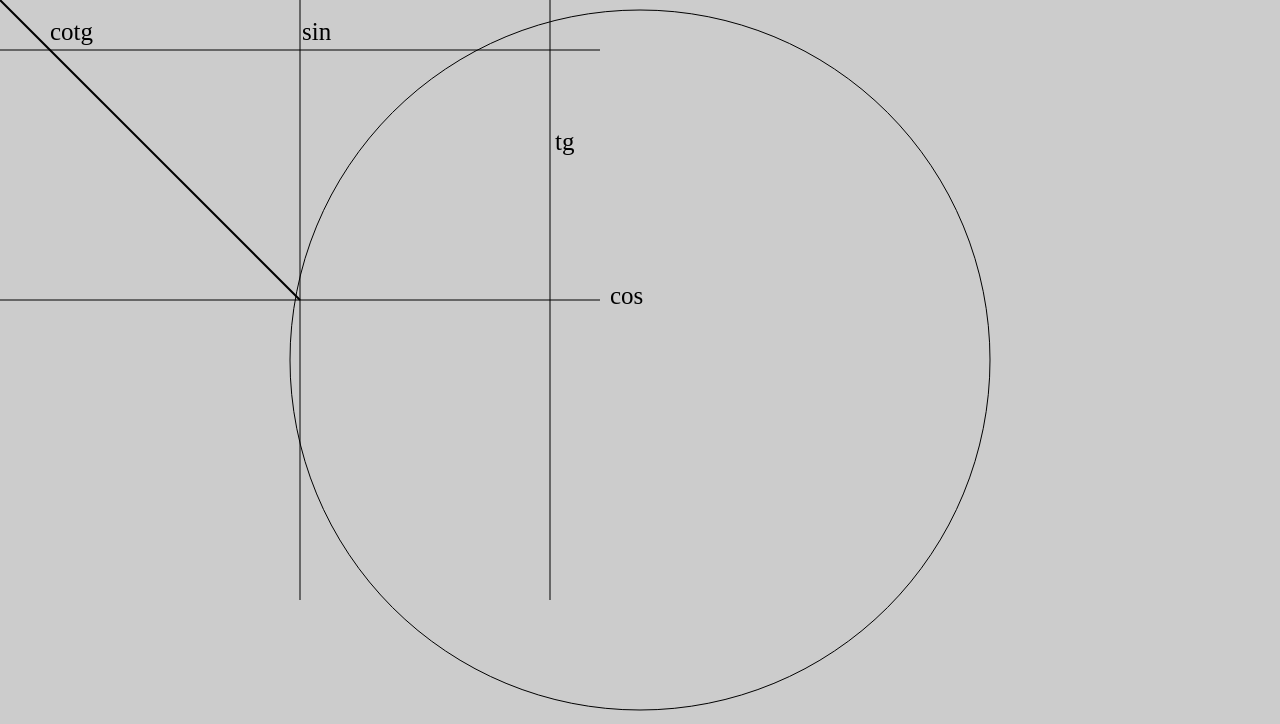
Repository: BraynStorm/braynstorm.github.io
Page: http://localhost/
An editor plug-in stored every save of this project. The page is shown before and after the next save, followed by the edit.
The browser window is 1280 px wide. The pictures show the whole page.
The page is run by PHP 8.4 with error messages shown; the project is at /var/www/html/.

Above is the page before, as saved 2015-02-24 18:19:26.

### JSDrawing/index.php
<!DOCTYPE html>
<html>
	<head>
		<meta charset="UTF-8">
		<title>Insert title here</title>
		<link rel="stylesheet" type="text/css" href="main.css"/>
		<script type="text/javascript" src="js/jquery-2.1.3.min.js"></script>
		<script type="text/javascript" src="js/swgDrawing.js"></script>

	</head>
	<body>
		<div id="content">
			<svg width="1000" height="1000">
				<circle id="mainCircle" cx="300" cy="300" r="250" fill="none" stroke="black" />
				<line x1="300" y1="0" x2="300" y2="600" style="stroke:rgb(0,0,0);stroke-width:1;" id="sinLine" />
				<line x1="0" y1="300" x2="600" y2="300" style="stroke:rgb(0,0,0);stroke-width:1;" id="cosLine" />

				<line x1="550" y1="0" x2="550" y2="600" style="stroke:rgb(0,0,0);stroke-width:1;" id="tgLine" />
				<line x1="0" y1="50" x2="600" y2="50" style="stroke:rgb(0,0,0);stroke-width:1;" id="cotgLine" />

				<text x="610" y="304" style="font-size:25px;">cos</text>
				<text x="302" y="40" style="font-size:25px;">sin</text>
				<text x="555" y="150" style="font-size:25px;">tg</text>
				<text x="50" y="40" style="font-size:25px;">cotg</text>


				<!--  THE ANGLE -->

				<line id="angle" x1="300" y1="300" x2="0" y2="0" style="stroke:rgb(0,0,0);stroke-width:2;" />


			</svg>

			<input type="text" value="30" id="angleBox" />
		</div>
	</body>
</html>

### JSDrawing/main.css
@CHARSET "UTF-8";

body{
	background-color: #CCC;
	padding: 0;
	margin: 0;
	overflow: hidden;
}

svg{
	margin-top: 0px;
}

#angleBox{
	position: fixed;
	bottom: 0px;
}

#menu{
	position: fixed;
	bottom: 0px;
	left:190px;
}

### JSDrawing/js/swgDrawing.js
$(document).ready(function (){
	var box			= $("#angleBox");
	var beginX		= window.innerWidth/2;
	var beginY		= window.innerHeight/2;


	var sinColor = "#00AA00";
	var cosColor = "#0000AA";
	var tgColor = "#00AAAA";
	var cotgColor = "#AA0000";


	var radius		= 350;

	var svg			= $('svg');

	var circle		= $('#mainCircle');

	var sinAxis 	= $("#sinAxis");
	var cosAxis		= $("#cosAxis");
	var tgAxis		= $("#tgAxis");
	var cotgAxis	= $("#cotgAxis");

	var sinTxt 		= $("#sinTxt");
	var cosTxt		= $("#cosTxt");
	var tgTxt		= $("#tgTxt");
	var cotgTxt		= $("#cotgTxt");

	var angleArm	= $("#angleArm");
	var angleArc	= $("#angleArc");

	svg.css({
		width:  window.innerWidth,
		height: window.innerHeight
	});

	circle.attr({
		cx : beginX,
		cy : beginY,
		r : radius
	});

	sinAxis.attr({
		x1: beginX,
		y1: 0,
		x2: beginX,
		y2: window.innerHeight,
		stroke: sinColor
	});


	cosAxis.attr({
		x1: 0,
		y1: beginY,
		x2: window.innerWidth,
		y2: beginY,
		stroke: cosColor
	});


	tgAxis.attr({
		x1: beginX + radius,
		y1: 0,
		x2: beginX + radius,
		y2: window.innerHeight,
		stroke: tgColor
	});

	cotgAxis.attr({
		x1: 0,
		y1: beginY - radius,
		x2: window.innerWidth,
		y2: beginY - radius,
		stroke: cotgColor
	});

	angleArm.attr({
		x1: beginX,
		y1: beginY
	});

	sinTxt.attr({
		x: beginX + 10,
		y: beginY - radius - 10,
		fill: sinColor
	});

	cosTxt.attr({
		x: beginX + radius + 10,
		y: beginY - 10,
		fill: cosColor
	})

	tgTxt.attr({
		x: beginX + radius + 10,
		y: beginY - (radius/2),
		fill: tgColor
	});

	cotgTxt.attr({
		x: beginX + (radius / 2),
		y : beginY - radius - 10,
		fill: cotgColor
	});


	var angle = 0;


	var animator;


	animateAngle();

	function animateAngle(){
		var toAngle = parseInt(box.val());

		if(angle-toAngle > 0){
			angle -= 1;
		}else if (angle-toAngle < 0){
			angle += 1;
		}

		var radians = angle * (Math.PI / 180);

		x = beginX + (Math.cos(radians) * radius);


		y = beginY - (Math.sin(radians) * radius);


		angleArm.attr("x2", x);
		angleArm.attr("y2", y);

		angleArc.attr("d", describeArc(beginX, beginY, 50, 90-angle, 90));


		animator = setTimeout(animateAngle, 15);
	}

	function describeArc(x, y, radius, startAngle, endAngle){

	    var start = polarToCartesian(x, y, radius, endAngle);
	    var end = polarToCartesian(x, y, radius, startAngle);

	    var arcSweep = endAngle - startAngle <= 180 ? "0" : "1";

	    var d = [
	        "M", start.x, start.y,
	        "A", radius, radius, 0, arcSweep, 0, end.x, end.y
	    ].join(" ");

	    return d;
	}
	function polarToCartesian(centerX, centerY, radius, angleInDegrees) {
		  var angleInRadians = (angleInDegrees-90) * Math.PI / 180.0;

		  return {
		    x: centerX + (radius * Math.cos(angleInRadians)),
		    y: centerY + (radius * Math.sin(angleInRadians))
		  };
		}

});

Loaded but not shown: JSDrawing/js/jquery-2.1.3.min.js (library)

After the next save:
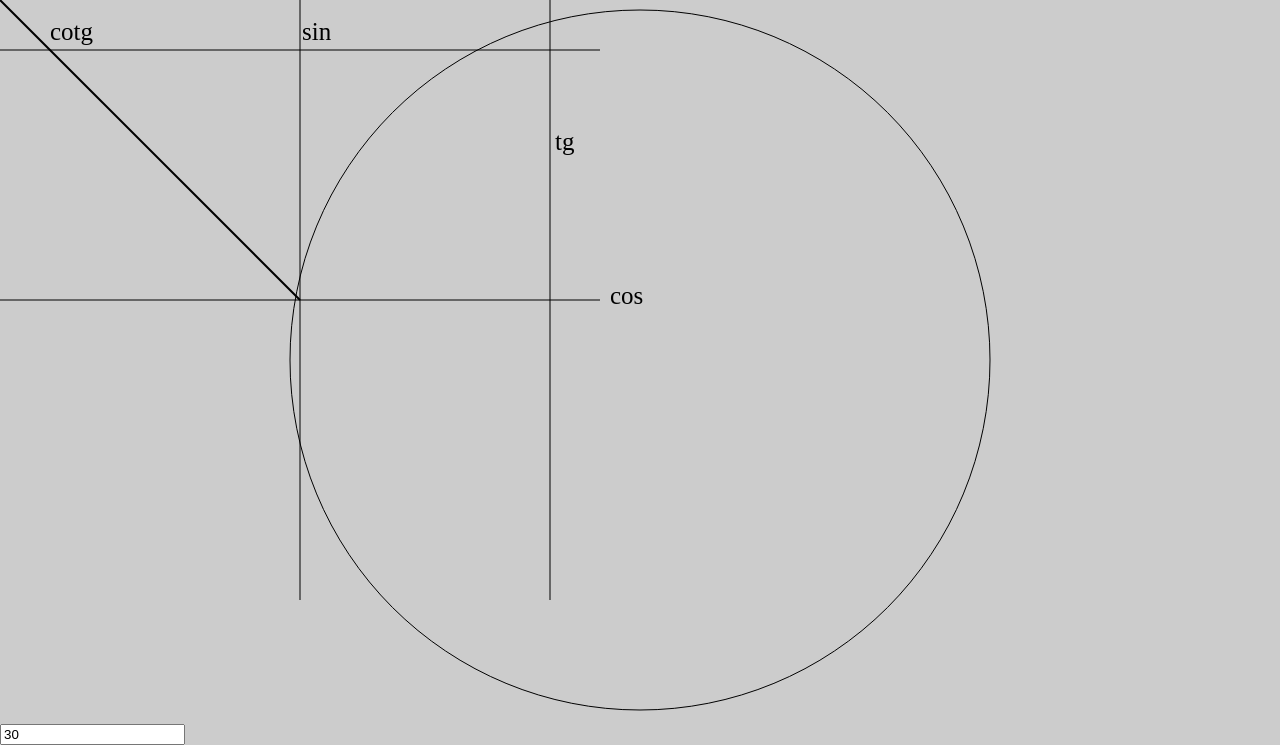
Saved 14 s later.
--- a/JSDrawing/main.css
+++ b/JSDrawing/main.css
@@ -11,10 +11,6 @@ svg{
 	margin-top: 0px;
 }
 
-#angleBox{
-	position: fixed;
-	bottom: 0px;
-}
 
 #menu{
 	position: fixed;
